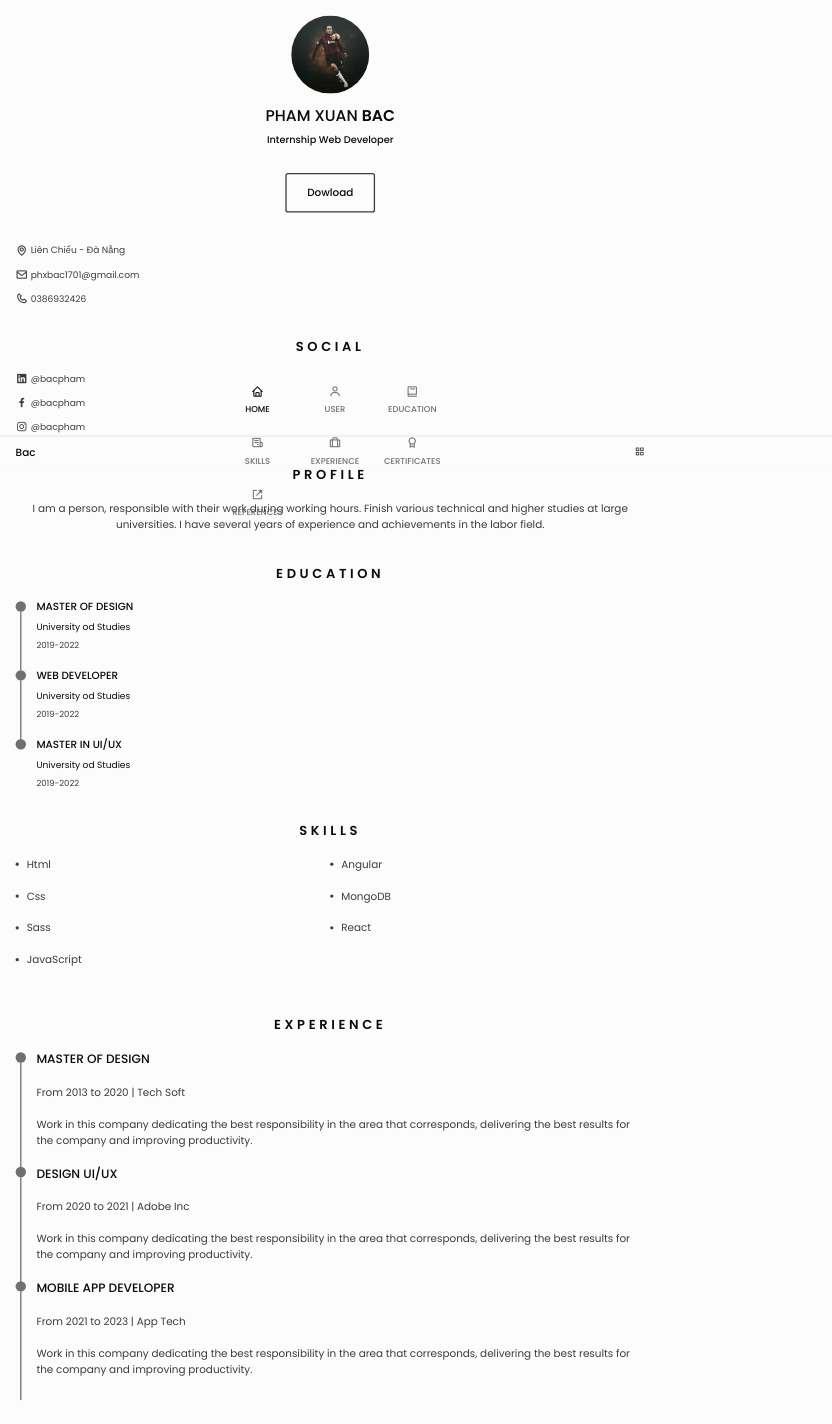
Repository: northpx/myCV
Page: index.html
An editor plug-in stored every save of this project. The page is shown before and after the next save, followed by the edit.
The browser window is 1280 px wide. The pictures show the whole page, at 65% of full size.

Above is the page before, as saved 2023-02-23 12:46:08.

After the next save:
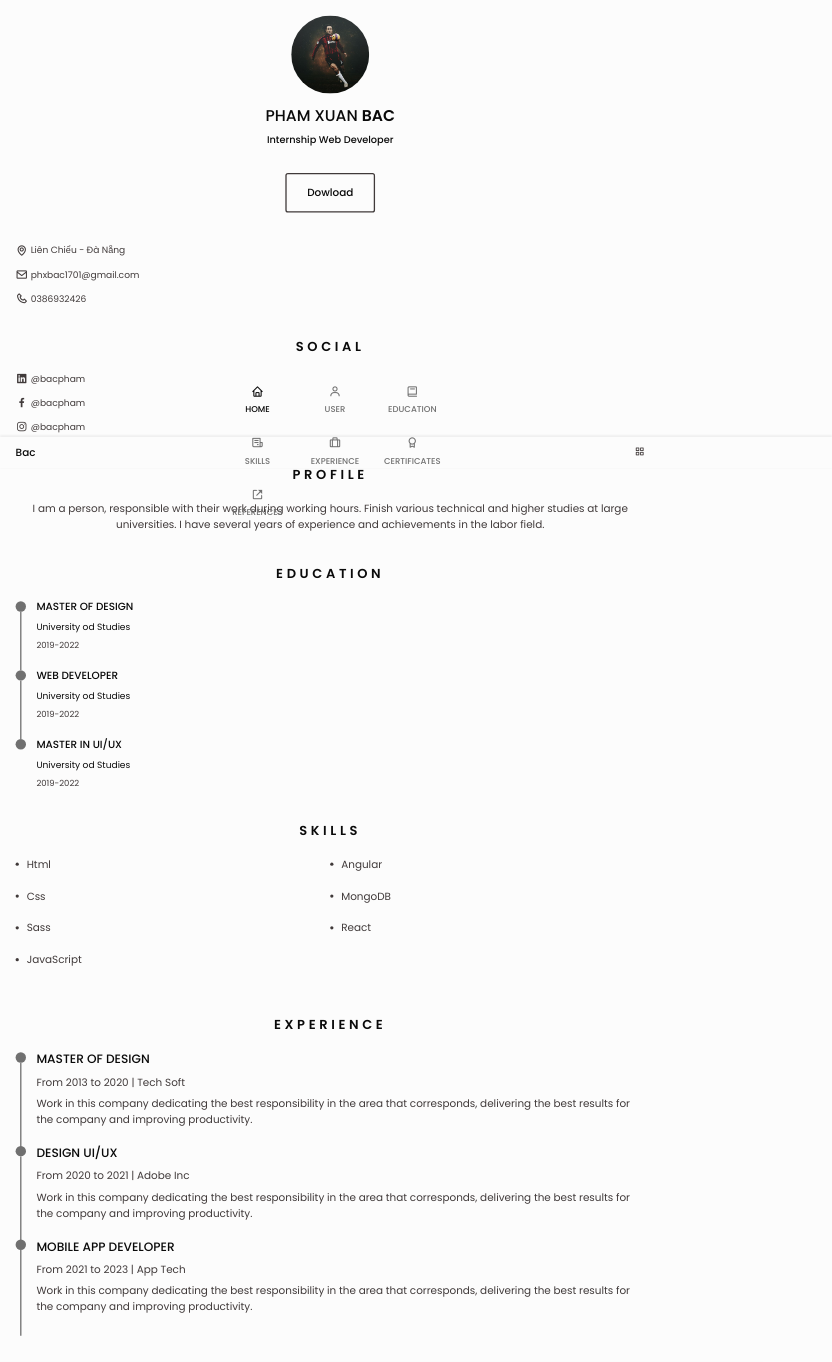
Saved 4 s later.
--- a/src/css/styles.css
+++ b/src/css/styles.css
@@ -284,7 +284,7 @@ img{
 }
 
 .education__data,
-.expe{
+.experience__data{
     gap: .5rem;
 }
 
